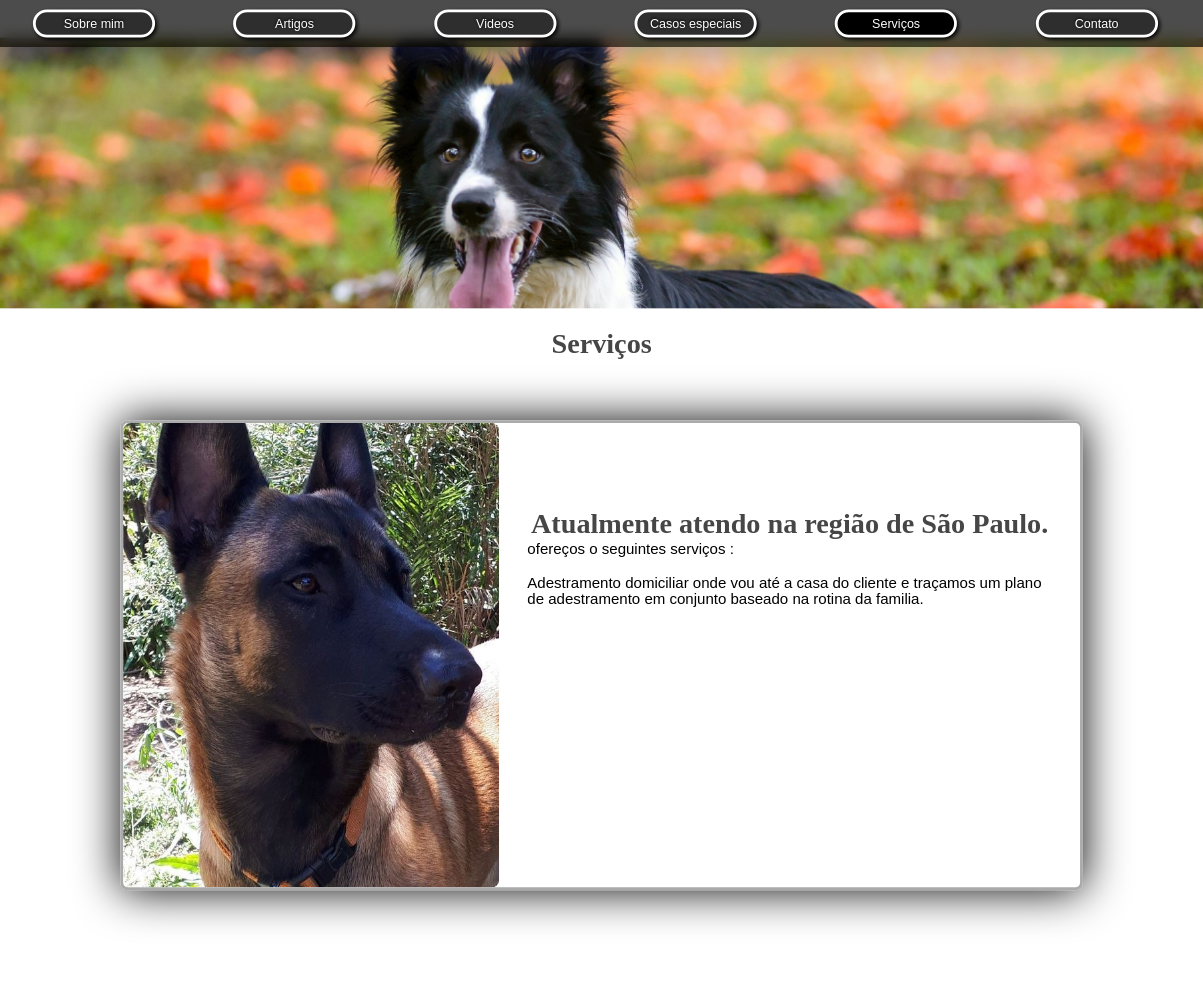
Repository: KevynMarques/Blog-React-StyledComponent
Page: /, after clicking the first element matching `button.sc-dcJsrY`
An editor plug-in stored every save of this project. The page is shown before and after a run of saves, followed by the edit.
The browser window is 1280 px wide. The pictures show the whole page, at 94% of full size.
The project was rebuilt for these pictures with package versions that can differ from the ones it lists, and the page was loaded fresh each time. Also part of the build but not shown: src/Components/Artigos/index.jsx, src/Components/Clientes/index.jsx, src/Components/Contato/index.jsx, src/Components/View/index.jsx.

Above is the page before, as saved 2022-02-21 18:15:12.

### public/index.html
<!DOCTYPE html>
<html lang="pt-BR">
  <head>
    <meta charset="utf-8" />
    <link rel="icon" href="%PUBLIC_URL%/favicon.ico" />
    <meta name="viewport" content="width=device-width, initial-scale=1" />
    <meta name="theme-color" content="#000000" />
    <meta
      name="description"
      content="Web site created using create-react-app"
    />
    <link rel="apple-touch-icon" href="%PUBLIC_URL%/logo192.png" />
    <!--
      manifest.json provides metadata used when your web app is installed on a
      user's mobile device or desktop. See https://developers.google.com/web/fundamentals/web-app-manifest/
    -->
    <!--
      Notice the use of %PUBLIC_URL% in the tags above.
      It will be replaced with the URL of the `public` folder during the build.
      Only files inside the `public` folder can be referenced from the HTML.

      Unlike "/favicon.ico" or "favicon.ico", "%PUBLIC_URL%/favicon.ico" will
      work correctly both with client-side routing and a non-root public URL.
      Learn how to configure a non-root public URL by running `npm run build`.
    -->
    <title>Adestramento DK</title>
  </head>
  <body>
    <noscript>You need to enable JavaScript to run this app.</noscript>
    <div id="root"></div>
    <!--
      This HTML file is a template.
      If you open it directly in the browser, you will see an empty page.

      You can add webfonts, meta tags, or analytics to this file.
      The build step will place the bundled scripts into the <body> tag.

      To begin the development, run `npm start` or `yarn start`.
      To create a production bundle, use `npm run build` or `yarn build`.
    -->
  </body>
</html>

### src/App.jsx
import Home from './Pages/Home';
import Sobre from './Components/Sobre/index';
import { useState, useEffect } from 'react';
import { GlobalStyle } from './GlobalStyle';
import Geral from './Components/Geral/index';


function App() {

  const [geral, setGeral]=useState(<Sobre />);

  return (
    <>
    <Home setGeral={setGeral} geral={geral}  />
    <Geral geral={geral} />
    <GlobalStyle/>
   </>
  );
}

export default App;

### src/Pages/Home/index.jsx
import React, {useState} from "react"
import {  Home, Videos, Comportamental, Serviços, Diversos, Contato } from "../../Components/Buttons/Style"
import Sobre from '../../Components/Sobre/index'
import Comport  from '../../Components/Artigos/index'
import Clientes from '../../Components/Clientes/index'
import Serv from "../../Components/Serviços"
import Cont from '../../Components/Contato/index'
import View from "../../Components/View"
import { ContainerHeader } from "../../Components/Containers/style"




export default (props) => {

  const [ativo, setAtivo] = useState(false)
  const [ativoVideos, setAtivoVideos] = useState(true)
  const [ativoComp, setComp] = useState(true)
  const [Casos, setCasos] = useState(true)
  const [serviços, setServiços] = useState(true)
  const [contato, setContato] = useState(true)


  return (
   <>
    <ContainerHeader>

       <Home
         setAtivo={setAtivo}
         ativo={ativo}
         onClick={()=>(props.setGeral(<Sobre />),
         setAtivo(false),
         setAtivoVideos(true),
         setComp(true),
         setCasos(true),
         setServiços(true)
         )}>
         <p>Sobre mim</p>
      </Home>


       <Comportamental
          onClick={() =>(props.setGeral(<Comport />),
          setAtivo(true),
          setAtivoVideos(true),
          setComp(false),
          setCasos(true),
          setServiços(true))}

          setComp={setComp}
          ativoComp={ativoComp}>

         <p>Artigos</p>
       </Comportamental>

       <Videos
        ativoEquip={ativoVideos}
        setAtivoVideos={setAtivoVideos}
        onClick={()=>(props.setGeral(<View />),
        setAtivo(true),
        setAtivoVideos(false),
        setComp(true),
        setCasos(true),
        setServiços(true)
        )}>
        <p>Videos</p>
       </Videos>

       <Diversos
          onClick={() =>(props.setGeral(<Clientes />),
          setAtivo(true),
          setAtivoVideos(true),
          setComp(true),
          setCasos(false),
          setServiços(true))}
          setCasos={setCasos}
          Casos={Casos}>
         <p>Casos especiais</p>
       </Diversos>


       <Serviços onClick={() =>(props.setGeral(<Serv />),
        setAtivo(true),
        setAtivoVideos(true),
        setComp(true),
        setCasos(true),
        setServiços(false))}
        setServiços={setServiços}
        serviços={serviços}>
         <p>Serviços</p>
       </Serviços>

       <Contato onClick={() =>(props.setGeral(<Cont />),
        setAtivo(true),
        setAtivoVideos(true),
        setComp(true),
        setCasos(true),
        setServiços(true),
        setContato(false)
       )}
          setContato={setContato}
          contato={contato}>
         <p>Contato</p>
      </Contato>

    </ContainerHeader>
    </>
  );
}

### src/Components/Sobre/index.jsx
import Foto from '../Image/foto.png'
import LV from '../Image/LV.jpg';
import Dog from '../Image/Dog.png'
import { Tittle } from "../Textos&Titles/style";
import { ContainerBaner, ContainerBox, ContainerIMG } from "../Containers/style";
import { Info } from "../Textos&Titles/style";
import { SubTitle } from '../Textos&Titles/style';
import { TitleInfo } from '../Textos&Titles/style';


export default () => {
  return (
<>
     <ContainerBaner>
      <img src={Dog} />
     </ContainerBaner>

   <Tittle>
          Adestramento DK
  </Tittle>


  <ContainerBox>
       <ContainerIMG>
        <img src={Foto} />
       </ContainerIMG>
       <Info>
       <TitleInfo>Quem sou eu</TitleInfo>
       meu nome é Kevyn Marques sempre fui um apaixonado por cães, no ano de 2017 tive o prazer
       de fazer parte do 2BPE  onde pude ter  meu primeiro contato com cães de trabalho tanto de faro como de guarda, encantando com aqueles animais comecei a pesquisar e estudar sobre comportamento canino  e desde la eu nunca mais parei, ao longo da minha jornada como adestrador fiz inumeros cursos com pessoas que estão na aréa do adestramento a anos, tanto no esporte canino como no treinamento pet podendo ter uma visão ampla e diversificade de cada caso que passa pelas minhas mãos, tenho um orgulho enorme dos meus resultados, acredito que todos com a orientação adequada podem ter uma vida em harmonia com seus cães independente do tamanho do problema ele sempre tera solução.
       </Info>
       </ContainerBox>

  <SubTitle>  Viper e Logan !
  </SubTitle>


    <ContainerBox>
       <ContainerIMG>
        <img src={LV} />
       </ContainerIMG>
       <Info>
       <TitleInfo>Nosso dia a dia</TitleInfo>
       Apesar de ter tido cães a vida toda o meu primeiro cão de trabalho foi o Logan, meu pastor Belga Malinois que se encontra ao lado direito da foto, com o Logan vieram inumeros desafios afinal é uma raça dificil de lidar, temperamento forte muita disposição e um drive de caça altissimo, porem com a tecnica é o conhecimento adequado o Logan se tornou a melhor companhia que ja tive na vida, ja o Mali mais escuro na foto é o Viper, minha paixão por Malinois so aumenta e com isso veio mais um para familia, o pequeno Viper é bem diferente do Logan, um cão mais calmo e de um temperamento extremamente equilibrado por enquanto ainda não sei se irei treina-lo para guarda e proteção como o Logan, porem uma coisa é certa, eles fazem uma dupla e tanto !! Irei postar videos rotineiros dos treinos de ambos e espero que vocês acompanhem !
       </Info>
   </ContainerBox>
</>

  );
}

### src/GlobalStyle.jsx
import { createGlobalStyle } from 'styled-components';

 export const GlobalStyle = createGlobalStyle`
  * {
    margin: 0;
    padding: 0;
    box-sizing: border-box;

  }
`;

### src/Components/Geral/index.jsx
import React from "react"

export default (props) => {

  return (

    <>
    {props.geral}
    </>

  );

}

### src/Components/Buttons/Style.jsx
import styled from "styled-components";


export const Home = styled.button `
background:${props => props.ativo ? '#2e2e2e' : '#000000'};
font-family: Arial, Helvetica, sans-serif;
font-style:normal;
color:#ffffff;
border:3px solid #ffffff;
text-shadow:0px -1px 3px #000000;
box-shadow:2px 2px 5px #000000;
box-shadow:2px 2px 5px #000000;
box-shadow:2px 2px 5px #000000;
border-radius:25px 25px 25px 25px;
border-radius:25px 25px 25px 25px;
border-radius:25px 25px 25px 25px;
width:130px;
height: 30px;

&:hover {
  background-color: black;
}

cursor:pointer;
margin:0 auto;
margin-left: 35px;

&:active {
  transform: scale(0.9);
}

`;


export const Videos = styled(Home) `

background:${props => props.ativoEquip ? '#2e2e2e' : '#000000'};

`;

export const Comportamental = styled(Home) `

background:${props => props.ativoComp ? '#2e2e2e' : '#000000'};

`;


export const Diversos = styled(Home) `

background:${props => props.Casos? '#2e2e2e' : '#000000'};

`;


export const Serviços = styled(Home) `

background:${props => props.serviços? '#2e2e2e' : '#000000'};

`;

export const Contato = styled(Home) `

background:#2e2e2e;

`;

### src/Components/Serviços/index.jsx
import { Info, SubTitle } from "../Textos&Titles/style";
import  Border from '../Image/border.jpg';
import Mali  from '../Image/mali.jpg'
import { ContainerIMG, ContainerBox, ContainerBaner } from "../Containers/style";



export default () => {
  return (
    <>
    <ContainerBaner>
    <img src={Border} />
    </ContainerBaner>

    <SubTitle>
         Serviços
    </SubTitle>

      <ContainerBox>
       <ContainerIMG>
        <img src={Mali} />
       </ContainerIMG>
       <Info>
       <SubTitle>Atualmente atendo na região de São Paulo.</SubTitle>
       <br></br><br></br>
       ofereços o seguintes serviços : <br></br> <br></br>
       Adestramento domiciliar onde vou até a casa do cliente e traçamos um plano de adestramento em conjunto baseado na rotina da familia.

        </Info>
       </ContainerBox>

    </>
  );
}

### src/Components/Containers/style.jsx
import  styled  from "styled-components";



export const  ContainerHeader  = styled.div `
     width: 100vw;
     height: 50px;
     margin: 0;
     position: fixed;
     z-index: 99999;
     background: rgba( 0, 0, 0, 0.7 );
     box-shadow: 0 8px 32px 0 rgba( 31, 38, 135, 0.37 );
     backdrop-filter: blur( 7.5px );
     -webkit-backdrop-filter: blur( 7.5px );
     color:white;
     display: flex;
     align-items: center;
     justify-content: center;
`;



export const ContainerBaner= styled.div `
  width: 100%;
  height: 40vh;


    img {
    width: 100%;
    height: 100%;
    object-fit: cover;
    margin-top: 40px;

    }
`;


export const  ContainerBox = styled.section `
  height: 500px;
  border: solid 3px #aaaaaa;
  width: 80vw;
  margin: 100px  10%;
  border-radius: 8px;
  box-shadow: 0 0 3em Black;
  display: flex;
  `;


export const ContainerIMG = styled.div `

    min-width:400px;
    height:494px;

  img {
    object-fit: cover;
    width: 100%;
    height: 100%;
    border-radius: 8px;
  }

`;

### src/Components/Textos&Titles/style.jsx
import styled from 'styled-components'



export const Tittle = styled.h1`
@import url('https://fonts.googleapis.com/css2?family=Bangers&display=swap');
color: #312f2f;
font-size: 60px;
font-family: 'Bangers', cursive;
text-align: center;
height: 40px;
margin-top: 45px;
`;


export const Info = styled.p`
 margin: 30px;
 font-family: Arial, Helvetica, sans-serif;
`;


export const SubTitle = styled.h2 `
 text-align: center;
 font-size: 30px;
 margin-top: 60px;
 font-family: Arial, Helvetica, sans-serif;
 color: #464646;
 margin-bottom: -35px;
 font-family: 'Bangers', cursive;
`;


export const TitleInfo = styled.div `
 text-align: center;
 font-size: 30px;
 font-family: Arial, Helvetica, sans-serif;
 color: #464646;
 font-family: 'Bangers', cursive;
 margin-bottom: 15px;
`;

Loaded but not shown: src/index.js (common file)

After the next 2 saves:
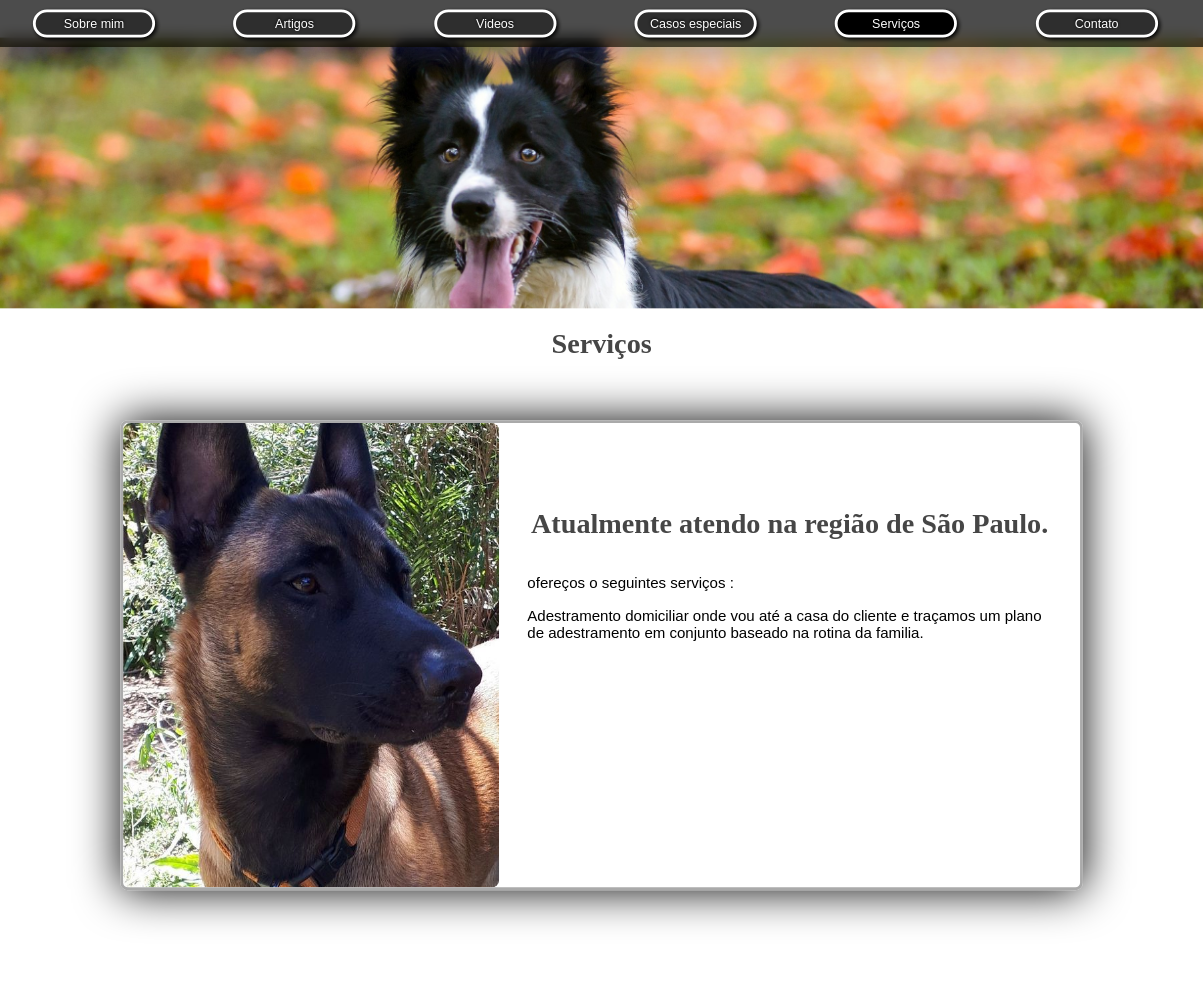
The 2 saves are shown as one change because they came seconds apart.
The last was saved 18 s later.
--- a/src/Components/Serviços/index.jsx
+++ b/src/Components/Serviços/index.jsx
@@ -22,7 +22,7 @@ export default () => {
        </ContainerIMG>
        <Info>
        <SubTitle>Atualmente atendo na região de São Paulo.</SubTitle>
-       <br></br><br></br>
+       <br></br><br></br><br></br><br></br>
        ofereços o seguintes serviços : <br></br> <br></br>
        Adestramento domiciliar onde vou até a casa do cliente e traçamos um plano de adestramento em conjunto baseado na rotina da familia.
 
